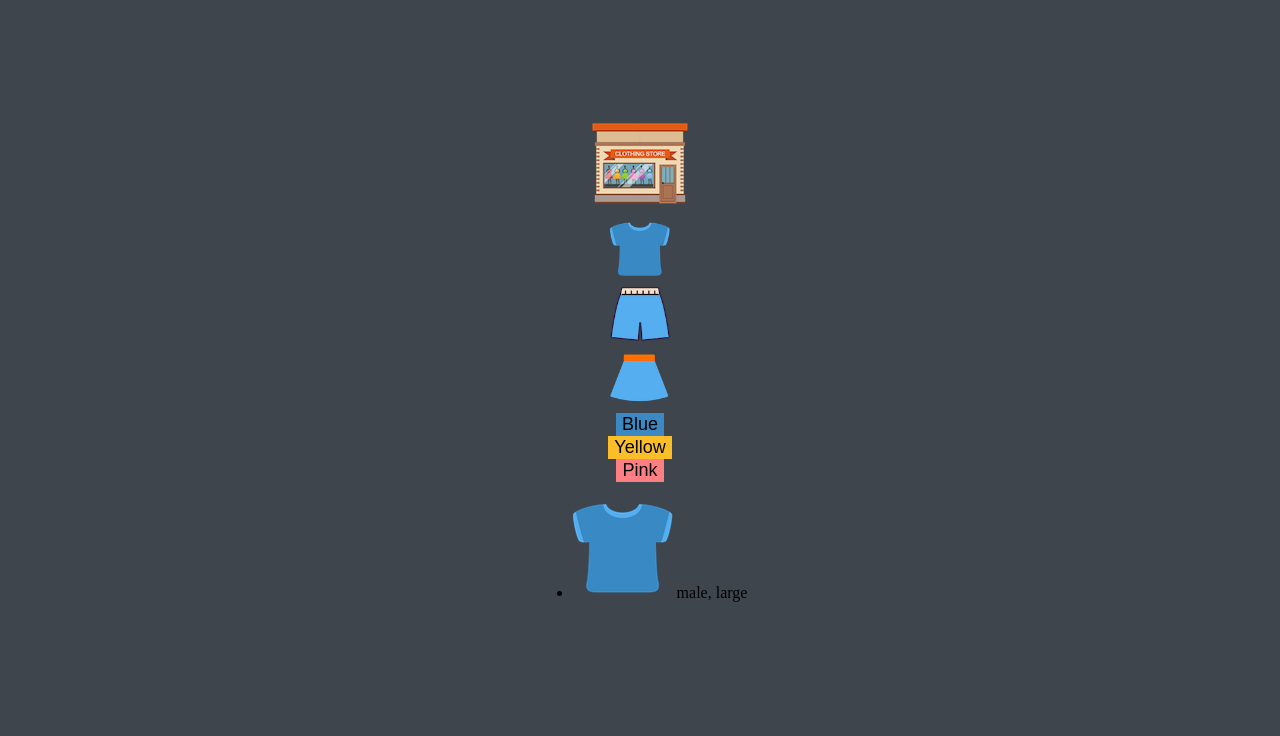
Repository: GoodHoneyCake/Dream_Coding_Academy1
Page: index.html
An editor plug-in stored every save of this project. The page is shown before and after the next save, followed by the edit.
The browser window is 1280 px wide. The pictures show the whole page.

Above is the page before, as saved 2021-01-06 16:21:24.

After the next save:
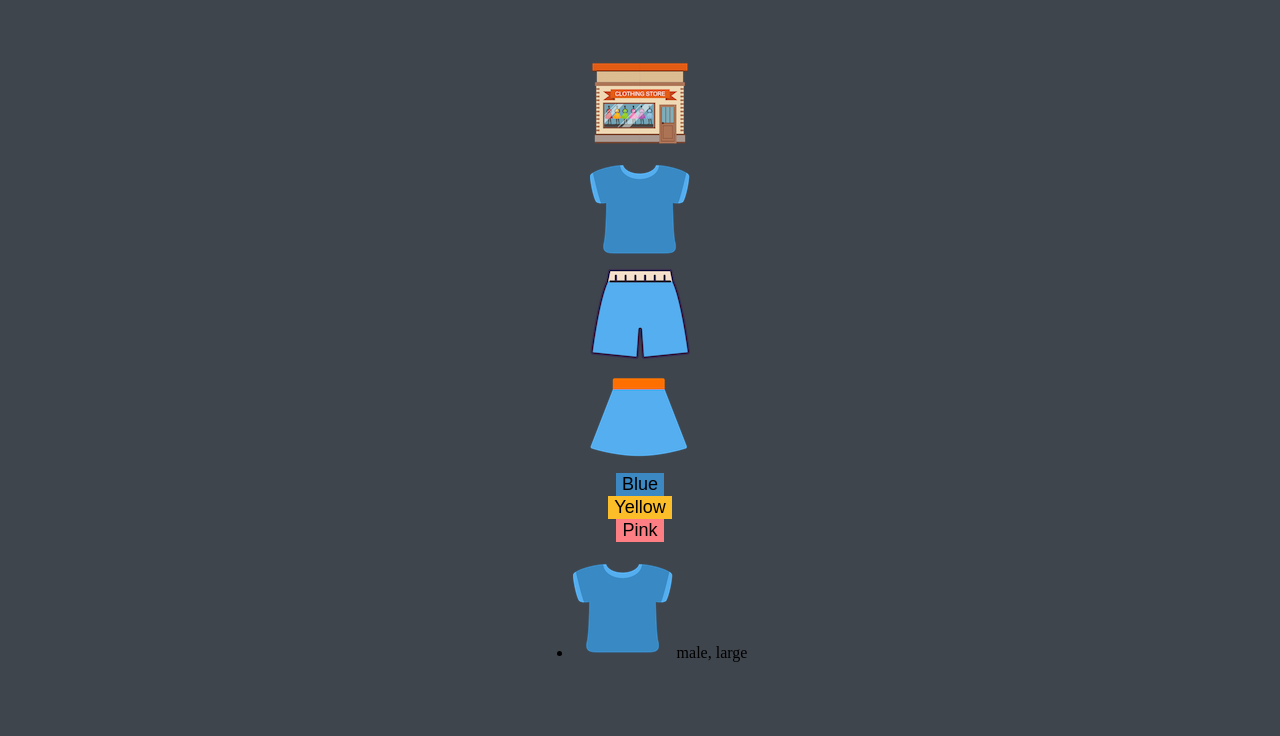
Saved 68 s later.
--- a/style.css
+++ b/style.css
@@ -8,6 +8,7 @@
   --color-light-grey: #dfdfdf;
 
   /* size */
+  --base-space : 8px
   --size-button: 60px;
   --button-font-size: 18px;
 
@@ -39,6 +40,7 @@
   outline: none;
   cursor: pointer;
   transition: transform var(--animation-duration) ease;
+  margin-right: ;
 }
 
 .logo:hover,

After the save that followed:
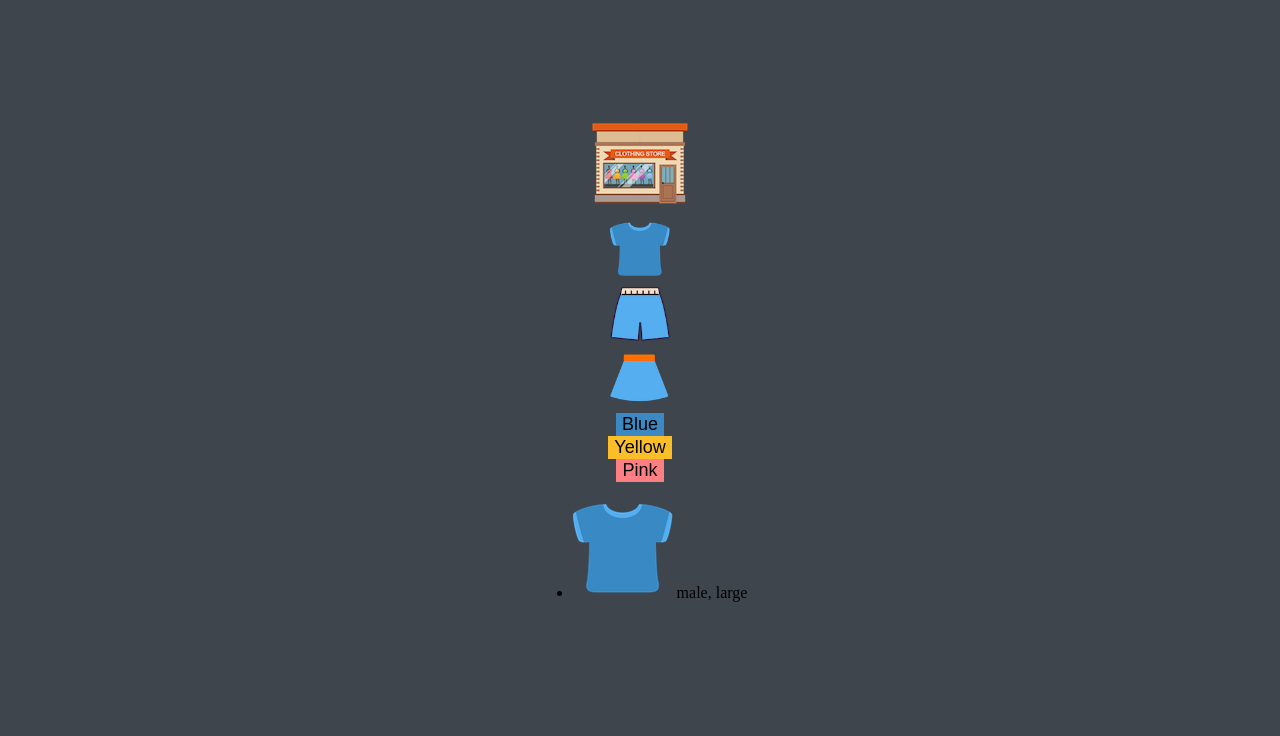
Saved 5 s later.
--- a/style.css
+++ b/style.css
@@ -8,7 +8,7 @@
   --color-light-grey: #dfdfdf;
 
   /* size */
-  --base-space : 8px
+  --base-space: 8px;
   --size-button: 60px;
   --button-font-size: 18px;
 
